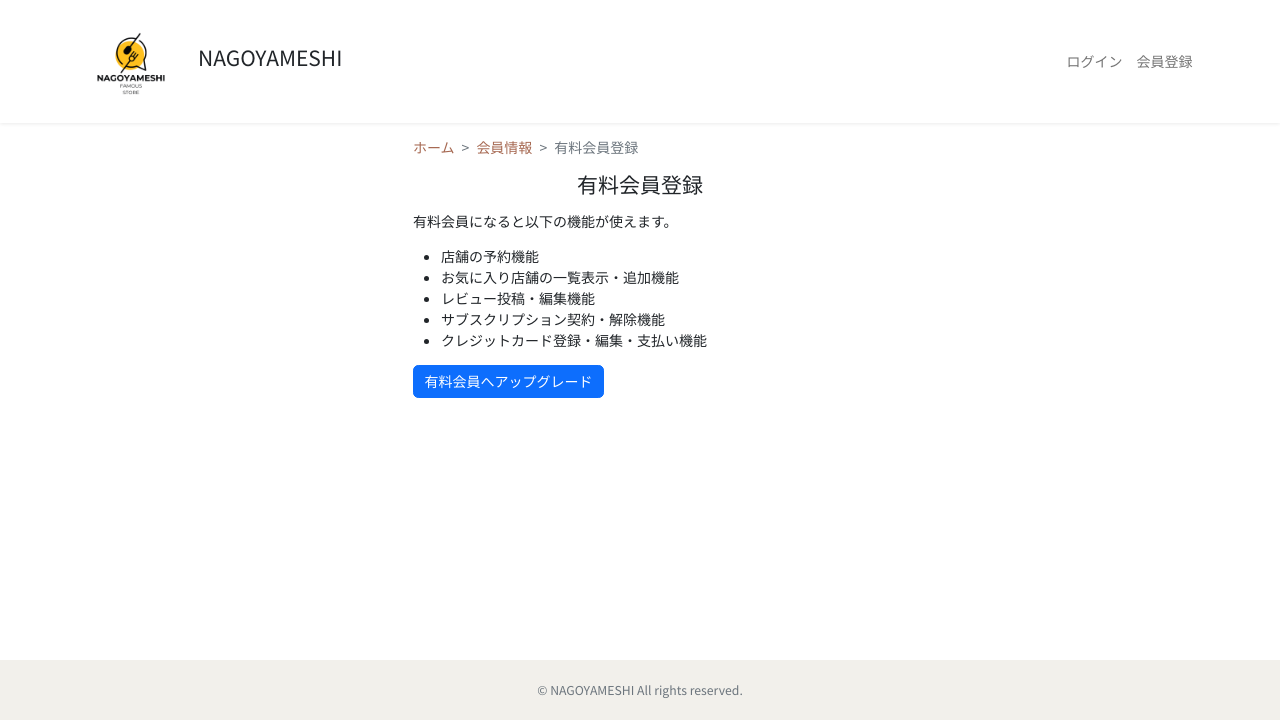
Repository: yamagen0829/taberogu-question
Page: http://localhost/user/paid
These files come from the project's save history. The page is drawn as it stood at one moment and after the next save; the edit follows.
The browser window is 1280 px wide. The pictures show the whole page.
The page is this project's Thymeleaf template; nobody is signed in. The template is opened directly, without the code that normally fills it, so the values that code supplies are empty.

Above is the page before, as saved 2024-07-27 12:06:14.

After the next save:
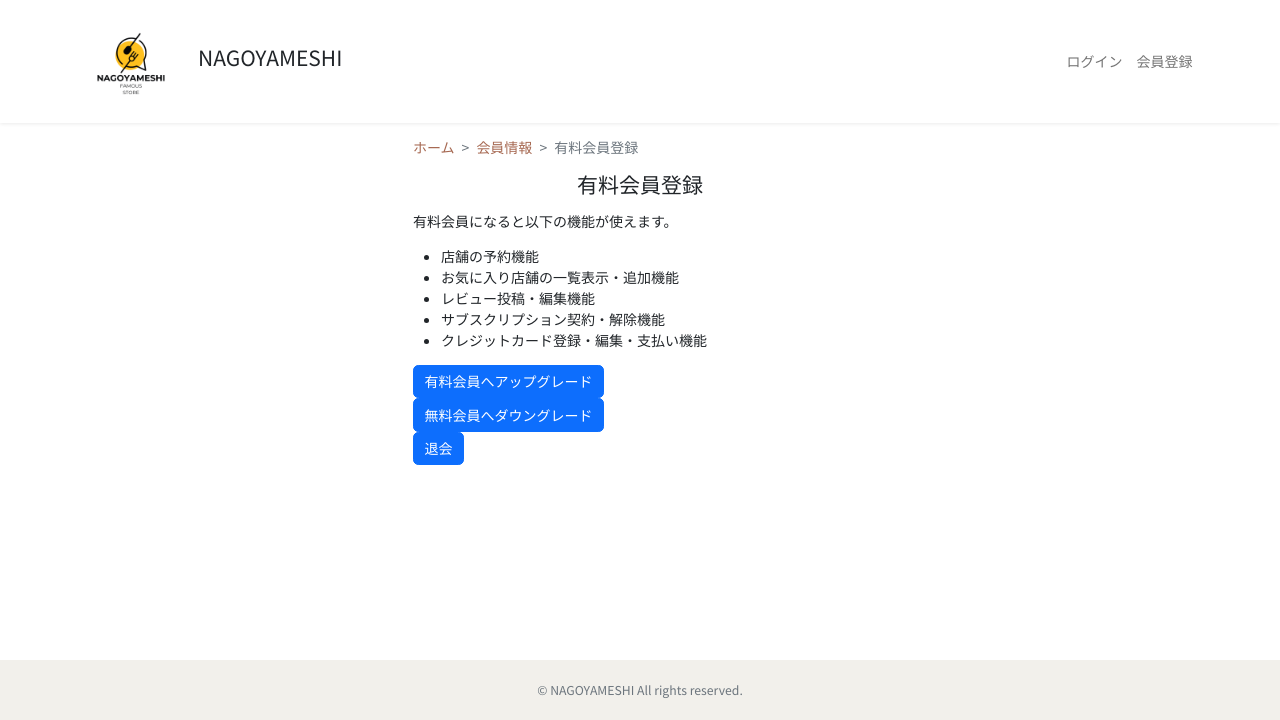
Saved 7 min 32 s later.
--- a/kadai_002/nagoyameshi/src/main/resources/templates/user/paid.html
+++ b/kadai_002/nagoyameshi/src/main/resources/templates/user/paid.html
@@ -46,6 +46,14 @@
                                  <input type="hidden" name="userId" th:value="${user.id}"/>
                                  <button type="submit" class="btn btn-primary">有料会員へアップグレード</button>
                              </form>
+                             <form th:action="@{/user/paid}" method="post">
+                                 <input type="hidden" name="userId" th:value="${user.id}"/>
+                                 <button type="submit" class="btn btn-primary">無料会員へダウングレード</button>
+                             </form>
+                             <form th:action="@{/user/paid}" method="post">
+                                 <input type="hidden" name="userId" th:value="${user.id}"/>
+                                 <button type="submit" class="btn btn-primary">退会</button>
+                             </form>
                          </div>
                      </div>
                  </div>
